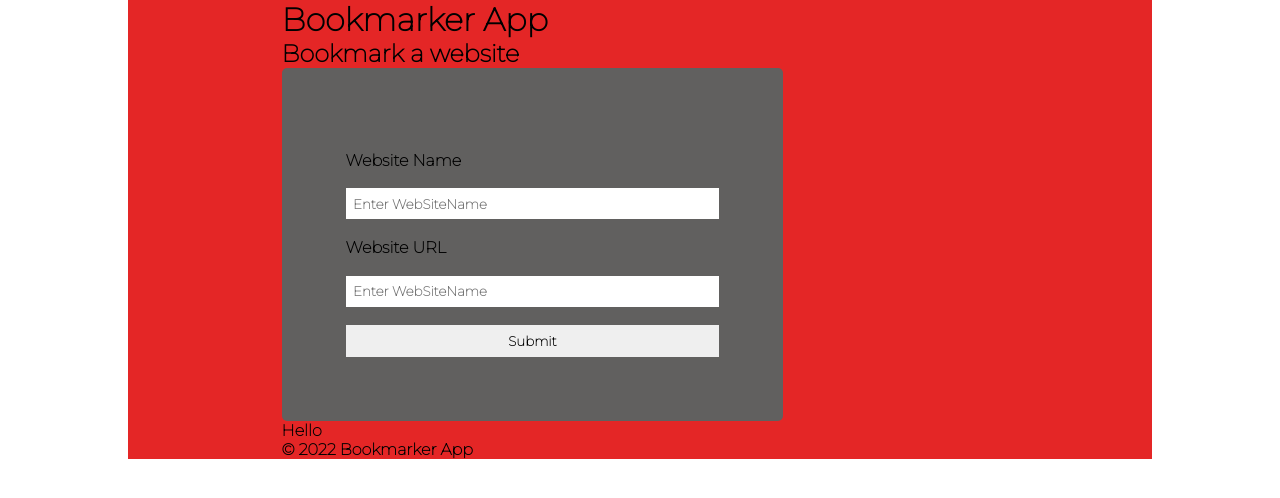
Repository: Suporl9/BookMarkerApp
Page: index.html
The author's editor kept a copy of each file at every save. The page is drawn from the files as they stood at one save, then again after the next save.
The browser window is 1280 px wide. The pictures show the whole page.

Above is the page before, as saved 2021-11-21 20:46:37.

### index.html
<!DOCTYPE html>
<html lang="en">
  <head>
    <meta charset="UTF-8" />
    <meta http-equiv="X-UA-Compatible" content="IE=edge" />
    <meta name="viewport" content="width=device-width, initial-scale=1.0" />
    <link rel="stylesheet" href="./style.css" />
    <title>Document</title>
  </head>
  <body>
    <div class="container">
      <div class="innerContainer">
        <div class="bookmarkerSection"><h1>Bookmarker App</h1></div>
        <div class="vh"></div>
        <div class="formInput">
          <form class="formSec">
            <h2>Bookmark a website</h2>
            <div class="sitesec">
              <label class="labc" name="siteName">Website Name</label>
              <input
                type="text"
                name="sitename"
                placeholder="Enter WebSiteName"
                class="inpClass"
              />
              <label class="labc" name="siteName">Website URL</label>
              <input
                type="text"
                name="sitename"
                class="inpClass"
                placeholder="Enter WebSiteName"
              />
              <button class="submBtn">Submit</button>
            </div>
          </form>
        </div>
        <div class="toBeAdded">Hello</div>
        <footer class="footer">
          <p>&copy; 2022 Bookmarker App</p>
        </footer>
      </div>
    </div>
  </body>
</html>

### style.css
@import url("https://fonts.googleapis.com/css2?family=Montserrat:wght@100&display=swap");

:root {
  --main-bg-color: rgb(228, 38, 38);
  --main-grey: rgb(97, 96, 95);
}
* {
  /* background-color: var(--main-bg-color); */
  font-family: "Montserrat", sans-serif;
  box-sizing: border-box; /* includes padding in height and width(the box outside doesnot get bigger when adding padding and stuff)*/
  margin: 0;
  padding: 0;
  font-weight: bold;
  border: none;
}
.container {
  background-color: var(--main-bg-color);
  font-family: "Montserrat", sans-serif;
  margin: auto;
  width: 80%;
  display: flex;
  justify-content: center;
}
.innerContainer,
.formSec {
  display: flex;
  flex-direction: column;
  width: 70%;
}
.sitesec {
  display: flex;
  flex-direction: column;
  background-color: var(--main-grey);
  padding: 4rem;
  border-radius: 5px;
}
.submBtn {
  margin-top: 5%;
  padding: 0.5rem;
}
.inpClass {
  margin-top: 5%;
  padding: 2%;
}
.labc {
  margin-top: 5%;
}
/* .formSec,
.sitesec {
  display: flex;
  flex-direction: column;
} */
/* .sitesec {
  display: flex;
  flex-direction: column;
}
 */

After the next save:
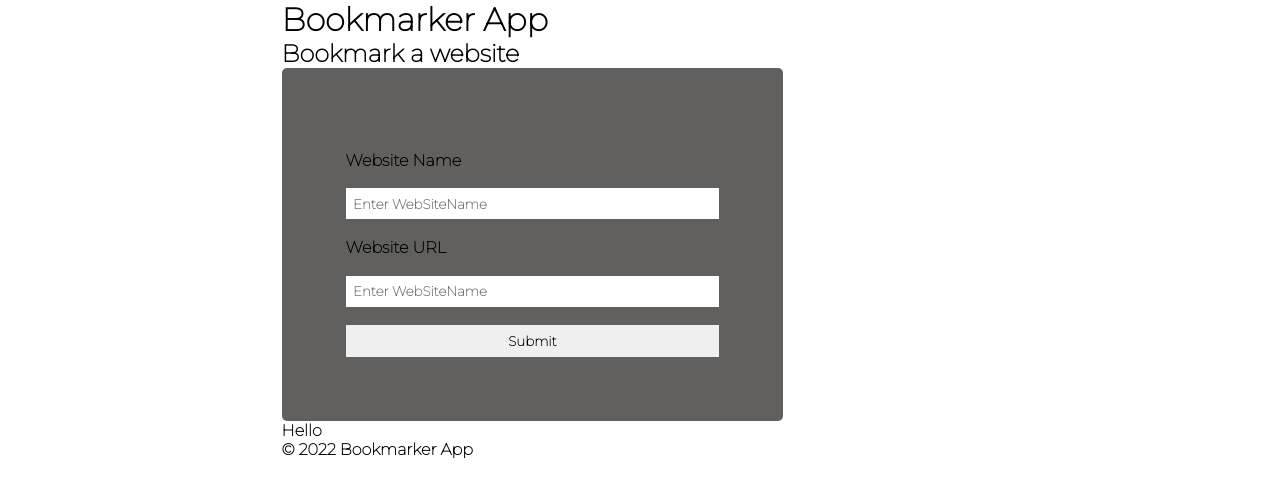
Saved 7 s later.
--- a/style.css
+++ b/style.css
@@ -1,7 +1,7 @@
 @import url("https://fonts.googleapis.com/css2?family=Montserrat:wght@100&display=swap");
 
 :root {
-  --main-bg-color: rgb(228, 38, 38);
+  --main-bg-color: rgb(255, 255, 255);
   --main-grey: rgb(97, 96, 95);
 }
 * {
